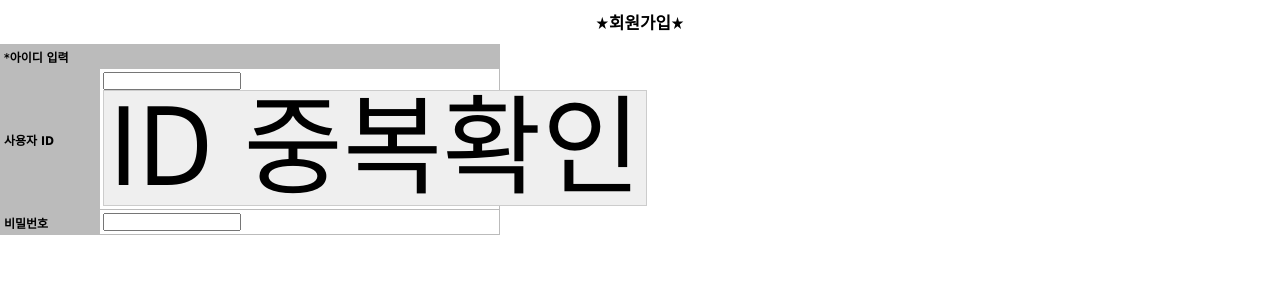
Repository: eParkjongtaek/lovedisket
Page: http://localhost/KH18_1/0904/inputForm.jsp
These files come from the project's save history. The page is drawn as it stood at one moment and after the next save; the edit follows.
The browser window is 1280 px wide. The pictures show the whole page.
The page is served by Tomcat 9.

Above is the page before, as saved 2017-09-04 04:20:35.

After the next save:
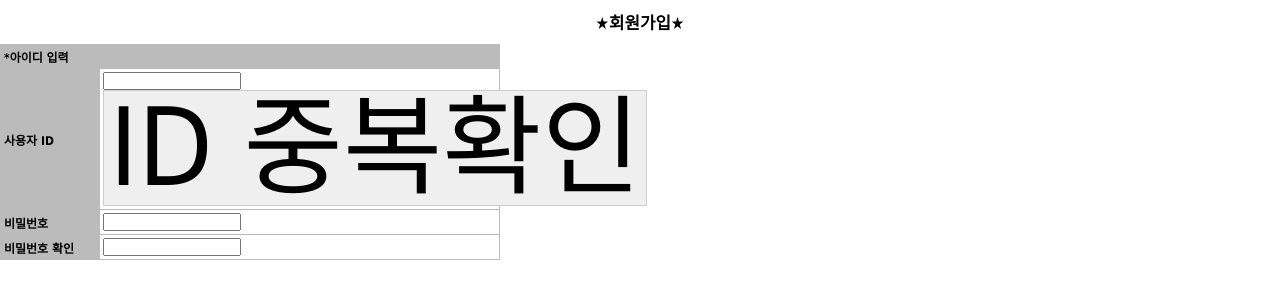
Saved 11 s later.
--- a/source/KH18_1/WebContent/0904/inputForm.jsp
+++ b/source/KH18_1/WebContent/0904/inputForm.jsp
@@ -77,7 +77,12 @@ function checkIt()
 						<input type="password" name="passwd" maxlength="12">
 					</td>
 				</tr>
-
+				<tr>
+					<th>비밀번호 확인</th>
+					<td>
+						<input type="password" name="passwd" maxlength="12">
+					</td>
+				</tr>
 
 			</table>
 
